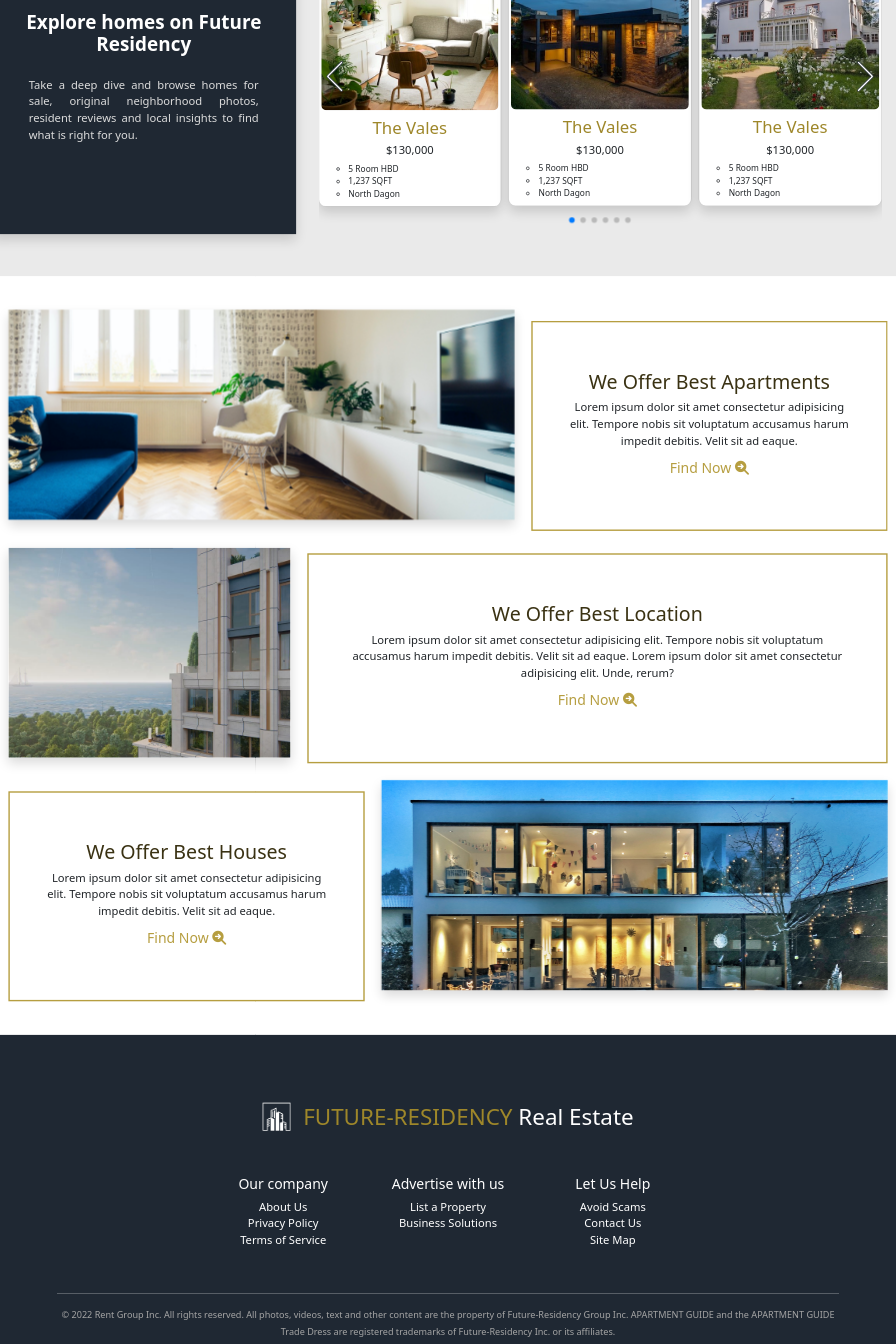
Repository: pyaestk/Future-residency
Page: index.html
The author's editor kept a copy of each file at every save. The page is drawn from the files as they stood at one save, then again after the next save.
The browser window is 1280 px wide. The pictures show the part of the page from y = 879 to 2799 px (the page is 2799 px tall before and 2765 px after), at 70% of full size.
Pictures or frames that could not be fetched are drawn as grey boxes.

Above is the page before, as saved 2022-12-06 22:05:22.
Console error: ReferenceError: widdow is not defined

### index.html
<!doctype html>
<html lang="en">

<head>
  <meta charset="utf-8">
  <meta name="viewport" content="width=device-width, initial-scale=1, minimum-scale=1, maximum-scale=1 ">
  <title>FUTURE-RESIDENCY</title>
  <!--bootstrap-->
  <link href="https://cdn.jsdelivr.net/npm/bootstrap@5.2.3/dist/css/bootstrap.min.css" rel="stylesheet"
    integrity="sha384-rbsA2VBKQhggwzxH7pPCaAqO46MgnOM80zW1RWuH61DGLwZJEdK2Kadq2F9CUG65" crossorigin="anonymous">

  <!--custom css-->
  <link rel="stylesheet" href="style.css" type="text/css">
  <link rel="stylesheet" href="styleMobileview.css" type="text/css">
  <link rel="stylesheet" href="styleTabletview.css" type="text/css">

  <!--font awesome-->
  <link rel="stylesheet" href="https://cdnjs.cloudflare.com/ajax/libs/font-awesome/6.2.1/css/all.min.css"
    integrity="sha512-MV7K8+y+gLIBoVD59lQIYicR65iaqukzvf/nwasF0nqhPay5w/9lJmVM2hMDcnK1OnMGCdVK+iQrJ7lzPJQd1w=="
    crossorigin="anonymous" referrerpolicy="no-referrer" />

  <!--swiper js-->
  <link rel="stylesheet" href="https://cdn.jsdelivr.net/npm/swiper@8/swiper-bundle.min.css" />

</head>

<body>

  <!-- background -->
  <div class="background"></div>
  <!--navigation-->
  <nav class="shadow">
    <div class="logo-area">
      <img src="img/FUTURE_ReSIDENCY-removebg-preview.png" alt="logo" class="logo">
      <span>FUTURE-RESIDENCY</span>
    </div>


    <!--desktop-->
    <div class="navlinks" id="nav-right">
      <div class="icon closeMenubar shadow" onclick="hideMenu()">
        <i class="fa-solid fa-xmark"></i>
      </div>
      <ul>
        <li><a href="#home">HOME</a></li>
        <li><a href="properties.html">PROPERTIES</a></li>
        <li><a href="aboutUs.html">ABOUT US</a></li>
        <li><a href="contactUs.html">CONTACT US</a></li>
        <a href="singIn.html" class="navibutton">JOIN</a></li>
      </ul>
    </div>
    <div class="icon openMenubar">
      <i class="fa-solid fa-bars" onclick="showMenu()"></i>
    </div>
  </nav>
  <!--end navigation-->


  <!--jumbotron-->
  <div class="jumbotron mb-5" id="home">
    <div class="row mt-3">

      <div class="col-md-7 content">
        <div class="row px-5 text-center">
          <div class="col-md-12 mt-4 px-1">
            <div class="subtext text-center">
              <h4  style="--delay: 0s;">Future Residency Real Estate</h4>
            </div>
            <p  style="--delay: .4s;">Discover A Place You'll Love To Live</p>
            <div class="subtext my-4 text-center">
              <span  style="--delay: .8s;">Save thousands. Use our innovative technology to walk you
                step-by-step through the home buying and selling process.</span>
            </div>
            <hr>
          </div>
        </div>

        <div class="row justify-content-md-center formsession">
          <div class="col-md-12">
            <div class="mb-3 text-center"><span>Let's find a home that's perfect for you <i
                  class="fa-sharp fa-solid fa-caret-down"></i></span></div>
            <div class="searchSection shadow  py-3 ">
              <div class="row">
                <div class="container input-group form-area mb-3 searchgroup">
                  <input type="text" class="form-control searchbar" placeholder="Address, neighborhood, city, ZIP code">
                  <button><i class="fa-solid fa-magnifying-glass"></i></button>
                </div>
              </div>
              <div class="row">
                <div class="col-md-5 col">
                  <select name="" id="">
                    <option value="">Dagon</option>
                    <option value="">North Dagon</option>
                    <option value="">Yankin</option>
                    <option value="">San Chaung</option>
                  </select>
                  <input type="text" class="form-control" placeholder="other location">
                </div>
                <div class="col-md-5 col">
                  <select name="" id="">
                    <option value="">Max Price</option>
                    <option value="">Average</option>
                    <option value="">Min Price</option>
                  </select>
                  <input type="text" class="form-control" placeholder="your price">
                </div>
                <div class="col-md-2 pt-3 col-3">
                  <div class="form-check">
                    <input class="form-check-input" type="radio" name="flexRadioDefault" id="flexRadioDefault1">
                    <label class="form-check-label" for="flexRadioDefault1">
                      Sale
                    </label>
                  </div>
                  <div class="form-check">
                    <input class="form-check-input" type="radio" name="flexRadioDefault" id="flexRadioDefault2" checked>
                    <label class="form-check-label" for="flexRadioDefault2">
                      Rent
                    </label>
                  </div>
                </div>
              </div>
            </div>
          </div>
        </div>
      </div>

      <div class="col-md-5 text-center customCarousel my-2">
        <div id="carouselExampleCaptions" class="carousel slide w-100" data-bs-ride="true">
          <div class="carousel-inner carouselborder shadow-lg">
            <div class="carousel-item active">
              <img src="img/carousel1.jpg" class="img-fluid d-block w-100" alt="...">
            </div>
            <div class="carousel-item">
              <img src="img/carousel2.jpg" class="img-fluid d-block w-100" alt="...">
            </div>
            <div class="carousel-item">
              <img src="img/carousel3.jpg" class="img-fluid d-block w-100" alt="...">
            </div>
          </div>
          <button class="carousel-control-next" type="button" data-bs-target="#carouselExampleCaptions"
            data-bs-slide="next">
            <span class="carousel-control-next-icon" aria-hidden="true"></span>
            <span class="visually-hidden">Next</span>
          </button>
        </div>
      </div>
    </div>
  </div>
  <!--end jumbotron-->

  <div class="group1">
    <div class="row">

      <div class="col-md-4">
        <div class="row label2 shadow">
          <div class="col-md-12 text-center">

            <h3>Explore homes on Future Residency</h3>
            <p class="sublabel">
              Take a deep dive and browse homes for sale, original neighborhood photos, resident reviews and local
              insights to find what is right for you.
            </p>

          </div>
        </div>
      </div>

      <div class="col-md-8">

        <div class="row featuredcard">
          <div class="col-md-12">
            <!--index swiperJs-->
            <div class="swiper mySwiper">
              <div class="swiper-wrapper mb-4">
                <div class="swiper-slide">

                  <div class="card salecard shadow">
                    <div class="salecard-img">
                      <img src="img/apartment1.jpg" class="card-img-top" alt="...">
                      <div class="layer">
                        <h6> See More <i class="fa-sharp fa-solid fa-arrow-right-from-bracket"></i></h6>
                      </div>
                      <div class="layer2">
                        <span>For Rent</span>
                      </div>
                    </div>
                    <div class="salecard-body">
                      <div class="row">
                        <div class="col-md-12 text-center">
                          <h4>The Vales</h4>
                          <h6>$130,000</h6>
                        </div>
                        <div class="col-md-12">
                          <li>5 Room HBD</li>
                          <li>1,237 SQFT</li>
                          <li>North Dagon</li>
                        </div>
                      </div>
                    </div>
                  </div>

                </div>
                <div class="swiper-slide">

                  <div class="card salecard shadow">
                    <div class="salecard-img">
                      <img src="img/house3.jpg" class="card-img-top" alt="...">
                      <div class="layer">
                        <h6> See More <i class="fa-sharp fa-solid fa-arrow-right-from-bracket"></i></h6>
                      </div>
                      <div class="layer2">
                        <span>For Sale</span>
                      </div>
                    </div>
                    <div class="salecard-body">
                      <div class="row">
                        <div class="col-md-12 text-center">
                          <h4>The Vales</h4>
                          <h6>$130,000</h6>
                        </div>
                        <div class="col-md-12">
                          <li>5 Room HBD</li>
                          <li>1,237 SQFT</li>
                          <li>North Dagon</li>
                        </div>
                      </div>
                    </div>
                  </div>

                </div>
                <div class="swiper-slide">

                  <div class="card salecard shadow">
                    <div class="salecard-img">
                      <img src="img/house1.jpg" class="card-img-top" alt="...">
                      <div class="layer">
                        <h6> See More <i class="fa-sharp fa-solid fa-arrow-right-from-bracket"></i></h6>
                      </div>
                      <div class="layer2">
                        <span>For Sale</span>
                      </div>
                    </div>
                    <div class="salecard-body">
                      <div class="row">
                        <div class="col-md-12 text-center">
                          <h4>The Vales</h4>
                          <h6>$130,000</h6>
                        </div>
                        <div class="col-md-12">
                          <li>5 Room HBD</li>
                          <li>1,237 SQFT</li>
                          <li>North Dagon</li>
                        </div>
                      </div>
                    </div>
                  </div>

                </div>
                <div class="swiper-slide">

                  <div class="card salecard shadow">
                    <div class="salecard-img">
                      <img src="img/house5.jpg" class="card-img-top" alt="...">
                      <div class="layer">
                        <h6> See More <i class="fa-sharp fa-solid fa-arrow-right-from-bracket"></i></h6>
                      </div>
                      <div class="layer2">
                        <span>For Sale</span>
                      </div>
                    </div>
                    <div class="salecard-body">
                      <div class="row">
                        <div class="col-md-12 text-center">
                          <h4>The Vales</h4>
                          <h6>$130,000</h6>
                        </div>
                        <div class="col-md-12">
                          <li>5 Room HBD</li>
                          <li>1,237 SQFT</li>
                          <li>North Dagon</li>
                        </div>
                      </div>
                    </div>
                  </div>

                </div>
                <div class="swiper-slide">

                  <div class="card salecard shadow">
                    <div class="salecard-img">
                      <img src="img/house10.jpg" class="card-img-top" alt="...">
                      <div class="layer">
                        <h6> See More <i class="fa-sharp fa-solid fa-arrow-right-from-bracket"></i></h6>
                      </div>
                      <div class="layer2">
                        <span>For Sale</span>
                      </div>
                    </div>
                    <div class="salecard-body">
                      <div class="row">
                        <div class="col-md-12 text-center">
                          <h4>The Vales</h4>
                          <h6>$130,000</h6>
                        </div>
                        <div class="col-md-12">
                          <li>5 Room HBD</li>
                          <li>1,237 SQFT</li>
                          <li>North Dagon</li>
                        </div>
                      </div>
                    </div>
                  </div>

                </div>
                <div class="swiper-slide">

                  <div class="card salecard shadow">
                    <div class="salecard-img">
                      <img src="img/apartment5.jpg" class="card-img-top" alt="...">
                      <div class="layer">
                        <h6> See More <i class="fa-sharp fa-solid fa-arrow-right-from-bracket"></i></h6>
                      </div>
                      <div class="layer2">
                        <span>For Rent</span>
                      </div>
                    </div>
                    <div class="salecard-body">
                      <div class="row">
                        <div class="col-md-12 text-center">
                          <h4>The Vales</h4>
                          <h6>$130,000</h6>
                        </div>
                        <div class="col-md-12">
                          <li>5 Room HBD</li>
                          <li>1,237 SQFT</li>
                          <li>North Dagon</li>
                        </div>
                      </div>
                    </div>
                  </div>

                </div>

              </div>

              <div class="swiper-button-next" style="color: #ffffff;   -webkit-text-stroke-width: 1px;
              -webkit-text-stroke-color: #1F2833;"></div>

              <div class="swiper-button-prev text-light" style="color: #ffffff;   -webkit-text-stroke-width: 1px;
              -webkit-text-stroke-color: #1F2833;"></div>

              <div class="swiper-pagination"></div>
            </div>
          </div>
          <!--swiperJs end-->
        </div>
      </div>

    </div>
  </div>
  <!--group1 end-->




  <div class="container-fluid pt-5">
    <div class="row pic-container">
      <div class="col-md-7">
        <div class="pic1" id="reveal2">
          <img class="shadow" src="img/jarek-ceborski-jn7uVeCdf6U-unsplash.jpg" alt="">
        </div>
      </div>
      <div class=" col-md-5 d-flex flex-column justify-content-center">
        <div class="pic1-caption mt-3 d-flex flex-column justify-content-center px-5 align-items-center" id="reveal">
          <h3>We Offer Best Apartments</h3>
          <span>Lorem ipsum dolor sit amet consectetur adipisicing elit.
             Tempore nobis sit voluptatum accusamus harum impedit debitis.
             Velit sit ad eaque.
          </span>
          <h6>Find Now <i class="fa-solid fa-magnifying-glass-arrow-right"></i></h6>
        </div>
      </div>
    </div>
  </div>
  <div class="container-fluid pt-2">
    <div class="row mt-3">
      <div class="col-md-4 vid">
        <video class="shadow" src="img/1624370561481-FbR_sea_fin_2905 - converted with Clipchamp.mp4" muted poster="img/Screenshot 2022-12-05 124058.jpg" onmouseover="this.play()" onmouseout="this.pause()"></video>
      </div>
      <div class=" col-md-8 d-flex flex-column justify-content-center">
        <div class="vid-caption mt-2 px-5 d-flex flex-column justify-content-center align-items-center" id="reveal">
          <h3>We Offer Best Location</h3>
          <span>Lorem ipsum dolor sit amet consectetur adipisicing elit.
            Tempore nobis sit voluptatum accusamus harum impedit debitis.
            Velit sit ad eaque.
            Lorem ipsum dolor sit amet consectetur adipisicing elit. Unde, rerum?
          </span>
          <h6>Find Now <i class="fa-solid fa-magnifying-glass-arrow-right"></i></h6>
        </div>
      </div>

    </div>
  </div>

  <div class="container-fluid pt-2 mb-5">
    <div class="row mt-3 pic2-container">

      <div class=" col-md-5 d-flex flex-column justify-content-center">
        <div class="pic2-caption mt-3 px-5 d-flex flex-column justify-content-center align-items-center">
          <h3>We Offer Best Houses</h3>
          <span>Lorem ipsum dolor sit amet consectetur adipisicing elit.
            Tempore nobis sit voluptatum accusamus harum impedit debitis.
            Velit sit ad eaque.
          </span>
          <h6>Find Now <i class="fa-solid fa-magnifying-glass-arrow-right"></i></h6>
        </div>
      </div>
      <div class="col-md-7 pic2" id="reveal">
        <img class="shadow" src="img/stephan-bechert-yFV39g6AZ5o-unsplash.jpg" alt="">
      </div>

    </div>
  </div>









  <!--footer-->
  <div class="footer pt-5">
    <div class="container text-center text-white">
      <div class="row">
        <div class="col-md-12 my-5">
          <h2><img src="img/FUTURE_ReSIDENCY-removebg-preview-modified.png" alt="logo" class="logo pb-2"><span>
              FUTURE-RESIDENCY </span> Real Estate</h2>
        </div>
      </div>
      <div class="row pb-5 gap-5 justify-content-md-center">
        <div class="col col-md-2">
          <h5>Our company</h5>
          <div>About Us</div>
          <div>Privacy Policy</div>
          <div>Terms of Service</div>
        </div>
        <div class="col-md-auto">
          <h5>Advertise with us</h5>
          <div>List a Property</div>
          <div>Business Solutions</div>
        </div>
        <div class="col col-md-2">
          <h5>Let Us Help</h5>
          <div>Avoid Scams</div>
          <div>Contact Us</div>
          <div>Site Map</div>
        </div>
      </div>
      <hr>
      <div class="row text-center pb-2">
        <div class="col-md-12">
          <span class="copyright">© 2022 Rent Group Inc. All rights reserved. All photos, videos, text and other content
            are the property of Future-Residency Group Inc. APARTMENT GUIDE and the APARTMENT GUIDE Trade Dress
            are registered trademarks of Future-Residency Inc. or its affiliates.</span>
        </div>
      </div>
    </div>
  </div>



  <!--swiper js-->
  <script src="https://cdn.jsdelivr.net/npm/swiper@8/swiper-bundle.min.js"></script>

  <!--javascript-->
  <script src="app.js"></script>

  <!--bootstrap-->
  <script src="https://cdn.jsdelivr.net/npm/bootstrap@5.2.3/dist/js/bootstrap.bundle.min.js"
    integrity="sha384-kenU1KFdBIe4zVF0s0G1M5b4hcpxyD9F7jL+jjXkk+Q2h455rYXK/7HAuoJl+0I4"
    crossorigin="anonymous"></script>
</body>

</html>

Loaded but not shown: app.js (117 lines, source omitted); style.css (682 lines, source omitted); styleTabletview.css (234 lines, source omitted); styleMobileview.css (223 lines, source omitted)

After the next save:
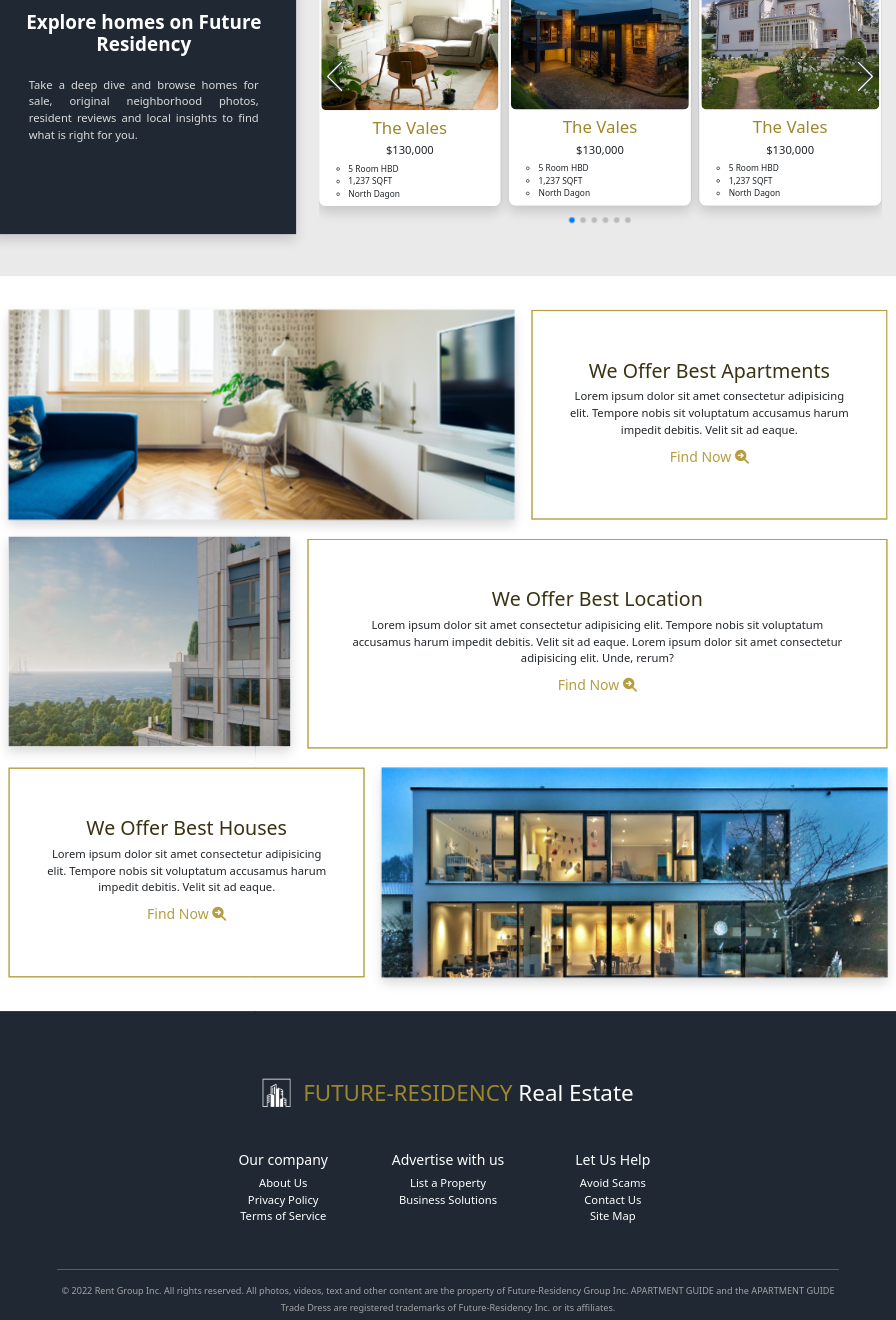
Saved 36 s later.
--- a/index.html
+++ b/index.html
@@ -371,7 +371,7 @@
         </div>
       </div>
       <div class=" col-md-5 d-flex flex-column justify-content-center">
-        <div class="pic1-caption mt-3 d-flex flex-column justify-content-center px-5 align-items-center" id="reveal">
+        <div class="pic1-caption d-flex flex-column justify-content-center px-5 align-items-center" id="reveal">
           <h3>We Offer Best Apartments</h3>
           <span>Lorem ipsum dolor sit amet consectetur adipisicing elit.
              Tempore nobis sit voluptatum accusamus harum impedit debitis.
@@ -388,7 +388,7 @@
         <video class="shadow" src="img/1624370561481-FbR_sea_fin_2905 - converted with Clipchamp.mp4" muted poster="img/Screenshot 2022-12-05 124058.jpg" onmouseover="this.play()" onmouseout="this.pause()"></video>
       </div>
       <div class=" col-md-8 d-flex flex-column justify-content-center">
-        <div class="vid-caption mt-2 px-5 d-flex flex-column justify-content-center align-items-center" id="reveal">
+        <div class="vid-caption px-5 d-flex flex-column justify-content-center align-items-center" id="reveal">
           <h3>We Offer Best Location</h3>
           <span>Lorem ipsum dolor sit amet consectetur adipisicing elit.
             Tempore nobis sit voluptatum accusamus harum impedit debitis.
@@ -406,7 +406,7 @@
     <div class="row mt-3 pic2-container">
 
       <div class=" col-md-5 d-flex flex-column justify-content-center">
-        <div class="pic2-caption mt-3 px-5 d-flex flex-column justify-content-center align-items-center">
+        <div class="pic2-caption px-5 d-flex flex-column justify-content-center align-items-center">
           <h3>We Offer Best Houses</h3>
           <span>Lorem ipsum dolor sit amet consectetur adipisicing elit.
             Tempore nobis sit voluptatum accusamus harum impedit debitis.
